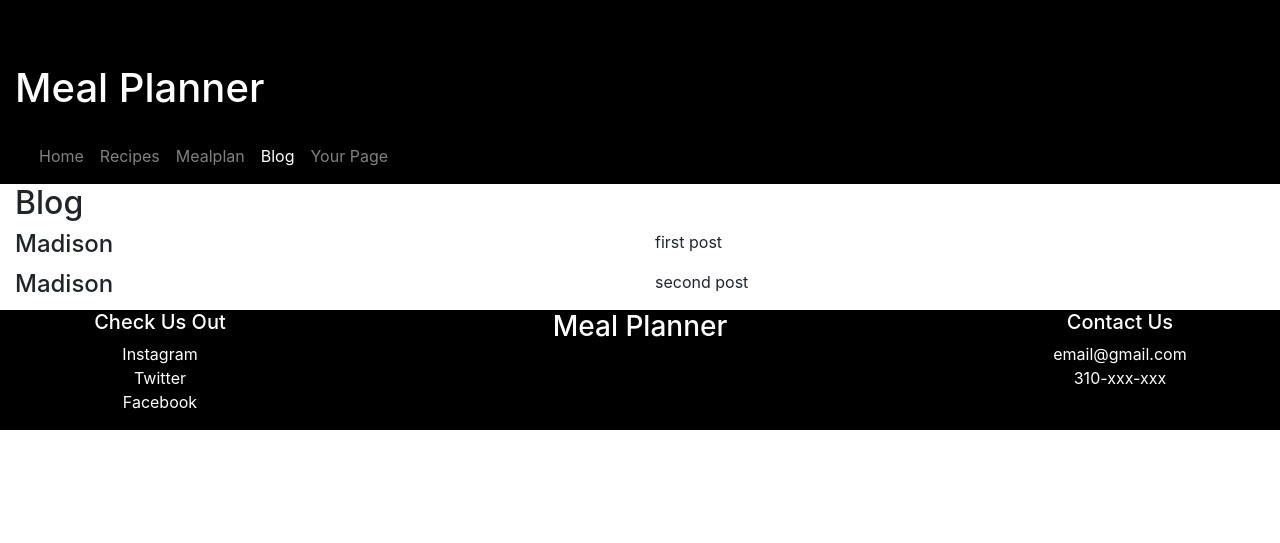
Repository: madisonisfan/mealplanner-react
Page: /blog
An editor plug-in stored every save of this project. The page is shown before and after the next save, followed by the edit.
The browser window is 1280 px wide. The pictures show the whole page.
The project was rebuilt for these pictures with package versions that can differ from the ones it lists, and the page was loaded fresh each time. Also part of the build but not shown: src/components/HomeComponent.js, src/components/RecipePageComponent.js.

Above is the page before, as saved 2021-04-22 12:21:20.

### src/index.js
import React from "react";
import ReactDOM from "react-dom";
import "./index.css";
import App from "./App";
import reportWebVitals from "./reportWebVitals";
import "bootstrap/dist/css/bootstrap.min.css";

ReactDOM.render(
  //changed React.StrictMode to React.Fragment
  <React.Fragment>
    <App />
  </React.Fragment>,
  document.getElementById("root")
);

// If you want to start measuring performance in your app, pass a function
// to log results (for example: reportWebVitals(console.log))
// or send to an analytics endpoint. Learn more: https://bit.ly/CRA-vitals
reportWebVitals();

### src/App.js
import React, { Component } from "react";
import "./App.css";
import Main from "./components/MainComponent";
import { BrowserRouter } from "react-router-dom";
import { Provider } from "react-redux";
import { ConfigureStore } from "./redux/configureStore";

const store = ConfigureStore();

class App extends Component {
  render() {
    return (
      <Provider store={store}>
        <BrowserRouter>
          <div className="App">
            <Main />
          </div>
        </BrowserRouter>
      </Provider>
    );
  }
}

export default App;

### src/App.css
.jumbotron {
  height: 100px;
  margin: 0px !important;
  background-color: black !important;
  color: white;
}

.navbar {
  background-color: black;
}

.site-footer {
  background-color: black;
  color: white;
}

.meal-type-buttons {
  background-color: aquamarine;
}

.meal-type-buttons Link {
  color: black;
}

### src/components/MainComponent.js
import React, { Component } from "react";
import Home from "./HomeComponent";
import MainHeader from "./HeaderComponent";
import Footer from "./FooterComponent";
import MainBlogPage from "./BlogComponent";
import { Switch, Route, Redirect, withRouter } from "react-router-dom";
import { connect } from "react-redux";
import MainRecipePage from "./RecipePageComponent";

const mapStateToProps = (state) => {
  return {
    recipes: state.recipes,
    mealTypes: state.mealTypes,
    posts: state.posts,
  };
};

class Main extends Component {
  render() {
    const RecipeWithMealType = ({ match }) => {
      const type = match.params.mealType;
      const selectedTypeTitle = this.props.mealTypes
        .filter((typeObj) => typeObj.mealType === type)
        .map((typeObj) => typeObj.title);

      if (type === "allRecipes") {
        return (
          <MainRecipePage
            selectedType="All Recipes"
            mealTypes={this.props.mealTypes}
            recipes={this.props.recipes}
          />
        );
      } else {
        return (
          <MainRecipePage
            selectedType={selectedTypeTitle}
            mealTypes={this.props.mealTypes}
            recipes={this.props.recipes.filter(
              (recipe) => recipe.mealType === match.params.mealType
            )}
          />
        );
      }
    };

    return (
      <React.Fragment>
        <MainHeader />
        <Switch>
          <Route path="/home" component={Home} />
          <Route path="/recipes/:mealType" component={RecipeWithMealType} />
          <Route
            path="/blog"
            render={() => <MainBlogPage posts={this.props.posts} />}
          />
          <Redirect to="/home" />
        </Switch>
        <Footer />
      </React.Fragment>
    );
  }
}
export default withRouter(connect(mapStateToProps)(Main));

### src/components/HeaderComponent.js
import React, { Component } from "react";
import {
  Jumbotron,
  Navbar,
  NavbarBrand,
  NavItem,
  NavbarToggler,
  Collapse,
  Nav,
} from "reactstrap";
import { NavLink } from "react-router-dom";

function MainHeader(props) {
  return (
    <React.Fragment>
      <Jumbotron fluid>
        <div className="container-fluid">
          <div className="row  align-items-center">
            <div className="col">
              <h1>Meal Planner</h1>
            </div>
          </div>
        </div>
      </Jumbotron>
      <MainNav />
    </React.Fragment>
  );
}

class MainNav extends Component {
  constructor(props) {
    super(props);
    this.state = {
      isNavOpen: false,
    };
  }
  toggleNav() {
    this.setState({ isNavOpen: !this.state.isNavOpen });
  }

  render() {
    return (
      <Navbar dark sticky="top" expand="md">
        <div className="container-fluid">
          <NavbarToggler onClick={this.toggleNav}></NavbarToggler>
          <Collapse isOpen={this.state.isNavOpen} navbar>
            <Nav navbar>
              <NavItem>
                <NavLink className="nav-link" to="/home">
                  Home
                </NavLink>
              </NavItem>
              <NavItem>
                <NavLink className="nav-link" to="/recipes/allRecipes">
                  Recipes
                </NavLink>
              </NavItem>
              <NavItem>
                <NavLink className="nav-link" to="/mealplan">
                  Mealplan
                </NavLink>
              </NavItem>
              <NavItem>
                <NavLink className="nav-link" to="/blog">
                  Blog
                </NavLink>
              </NavItem>
              <NavItem>
                <NavLink className="nav-link" to="/yourpage">
                  Your Page
                </NavLink>
              </NavItem>
            </Nav>
          </Collapse>
        </div>
      </Navbar>
    );
  }
}

export default MainHeader;

### src/components/FooterComponent.js
import React from "react";

function Footer(props) {
  return (
    <footer className="site-footer">
      <div className="container-fluid">
        <div className="row">
          <div className="col col-sm-3 text-center">
            <h5>Check Us Out</h5>
            <ul class="list-unstyled">
              <li>Instagram</li>
              <li>Twitter</li>
              <li>Facebook</li>
            </ul>
          </div>

          <div class="col-6 text-center d-none d-sm-block">
            <h3>Meal Planner</h3>
          </div>

          <div class="col col-sm-3 text-center">
            <h5>Contact Us</h5>
            <ul class="list-unstyled">
              <li>
                <a>email@gmail.com</a>
              </li>
              <li>
                <a>310-xxx-xxx</a>
              </li>
            </ul>
          </div>
        </div>
      </div>
      {/*Container */}
    </footer>
  );
}

export default Footer;

### src/components/BlogComponent.js
import React, { Component } from "react";
import { Row, Col } from "reactstrap";

class MainBlogPage extends Component {
  constructor(props) {
    super(props);
    this.state = {};
  }

  render() {
    console.log(`${this.props.posts}`);
    const allPosts = this.props.posts.map((post) => {
      return <RenderPost post={post} />;
    });
    return (
      <React.Fragment>
        <div className="container-fluid">
          <Row>
            <Col>
              <h2>Blog</h2>
            </Col>

            <Col xs={12}>{allPosts}</Col>
          </Row>
        </div>
      </React.Fragment>
    );
  }
}

function RenderPost({ post }) {
  return (
    <Row>
      <Col>
        <h4>{post.author}</h4>
      </Col>
      <Col>
        <p>{post.text}</p>
      </Col>
    </Row>
  );
}

export default MainBlogPage;

### src/redux/reducer.js
//import arrays
import { RECIPES } from "../shared/recipes";
import { MEALTYPES } from "../shared/mealTypes";
import { POSTS } from "../shared/posts";

export const initialState = {
  recipes: RECIPES,
  mealTypes: MEALTYPES,
  posts: POSTS,
};

export const Reducer = (state = initialState, action) => {
  return state;
};

### src/shared/recipes.js
export const RECIPES = [
  {
    id: 0,
    name: "pasta",
    mealType: "lunchDinner",
    description: "yummy pasta",
  },
  {
    id: 1,
    name: "salad",
    mealType: "lunchDinner",
    description: "healthy salad",
  },
  {
    id: 2,
    name: "pancakes",
    mealType: "breakfast",
    description: "pancakessss",
  },
];

### src/shared/mealTypes.js
export const MEALTYPES = [
  {
    id: 0,
    mealType: "allRecipes",
    title: "All Recipes",
  },
  {
    id: 1,
    mealType: "breakfast",
    title: "Breakfast",
  },
  {
    id: 2,
    mealType: "lunchDinner",
    title: "Lunch & Dinner",
  },
  {
    id: 3,
    mealType: "snacks",
    title: "Snacks",
  },
  {
    id: 4,
    mealType: "drinks",
    title: "Drinks",
  },
];

### src/shared/posts.js
export const POSTS = [
  {
    id: 0,
    author: "Madison",
    date: "today",
    postType: "post",
    text: "first post",
  },
  {
    id: 2,
    author: "Madison",
    date: "today",
    postType: "post",
    text: "second post",
  },
];

Loaded but not shown: public/index.html (common file); src/index.css (common file); src/reportWebVitals.js (common file); src/redux/configureStore.js (common file)

After the next save:
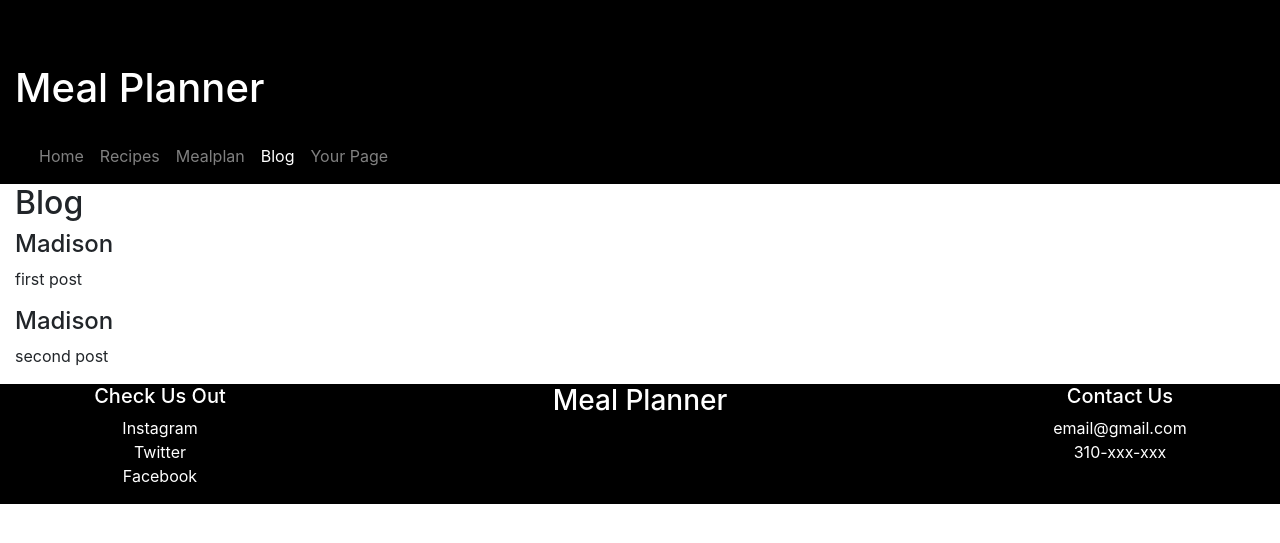
Saved 58 s later.
--- a/src/components/BlogComponent.js
+++ b/src/components/BlogComponent.js
@@ -31,10 +31,10 @@ class MainBlogPage extends Component {
 function RenderPost({ post }) {
   return (
     <Row>
-      <Col>
+      <Col xs={12}>
         <h4>{post.author}</h4>
       </Col>
-      <Col>
+      <Col xs={12}>
         <p>{post.text}</p>
       </Col>
     </Row>
